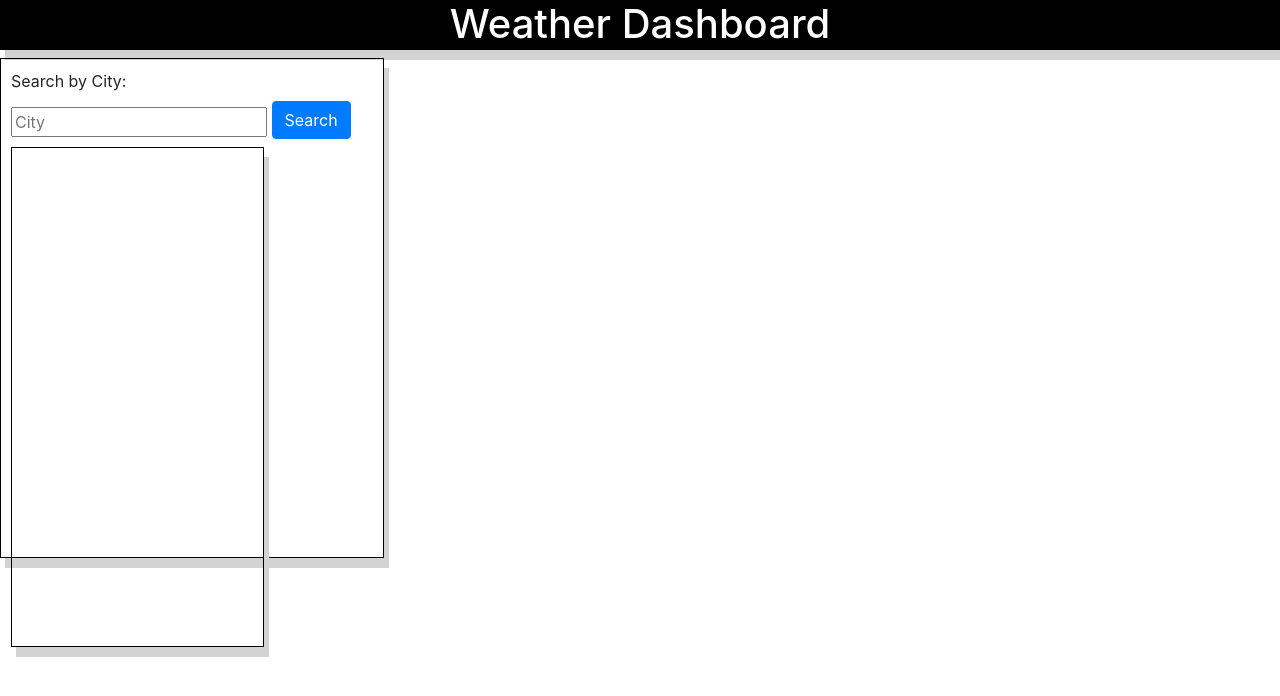
Repository: s88leigh/Weather-Dashboard
Page: index.html
These files come from the project's save history. The page is drawn as it stood at one moment and after a run of saves; the edit follows.
The browser window is 1280 px wide. The pictures show the whole page.
Some web libraries are served in a nearby version.

Above is the page before, as saved 2019-11-01 09:24:53.
Not found: app.js

After the next 3 saves:
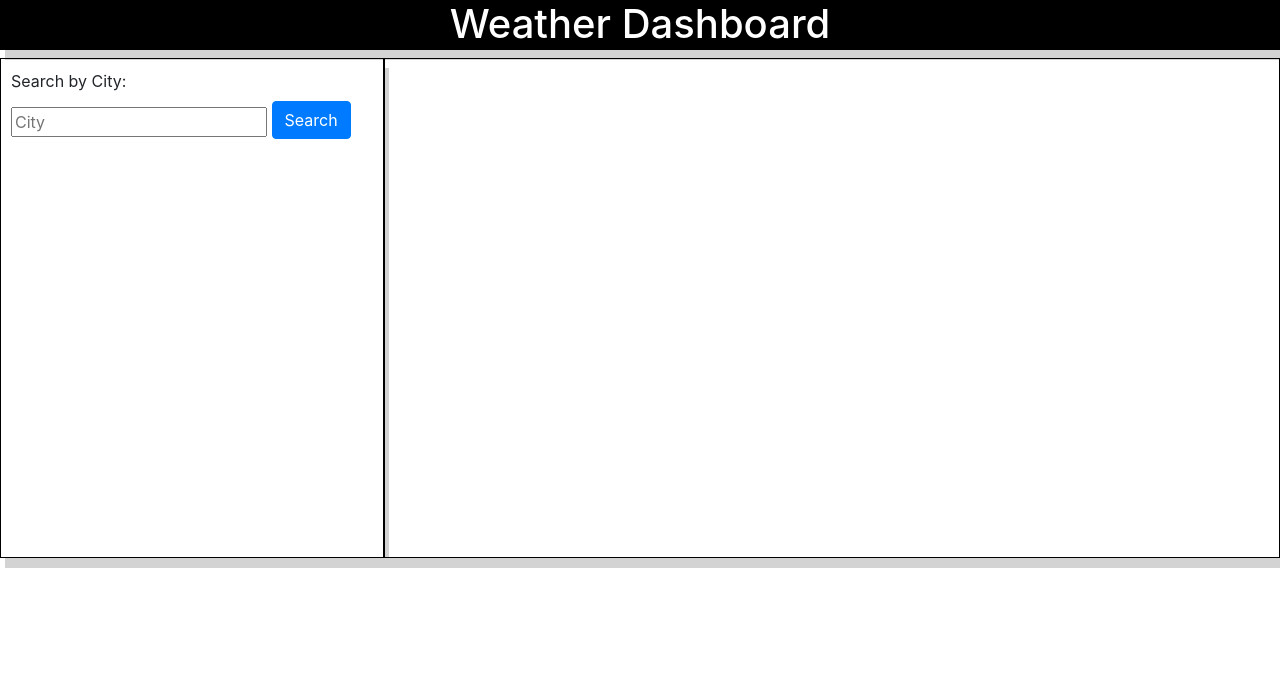
The 3 saves are shown as one change because they came seconds apart.
The last was saved 8 s later.
--- a/index.html
+++ b/index.html
@@ -26,7 +26,7 @@
             <!-- Button will trigger new zipcode to be added -->
             <input id="searchBtn " class="btn btn-primary mb-2" type="submit" value="Search">
         </form>
-    <div class="cities-array"
+    <div class="cities-array"></div>
     </div>
 
     <div id="right-box">
